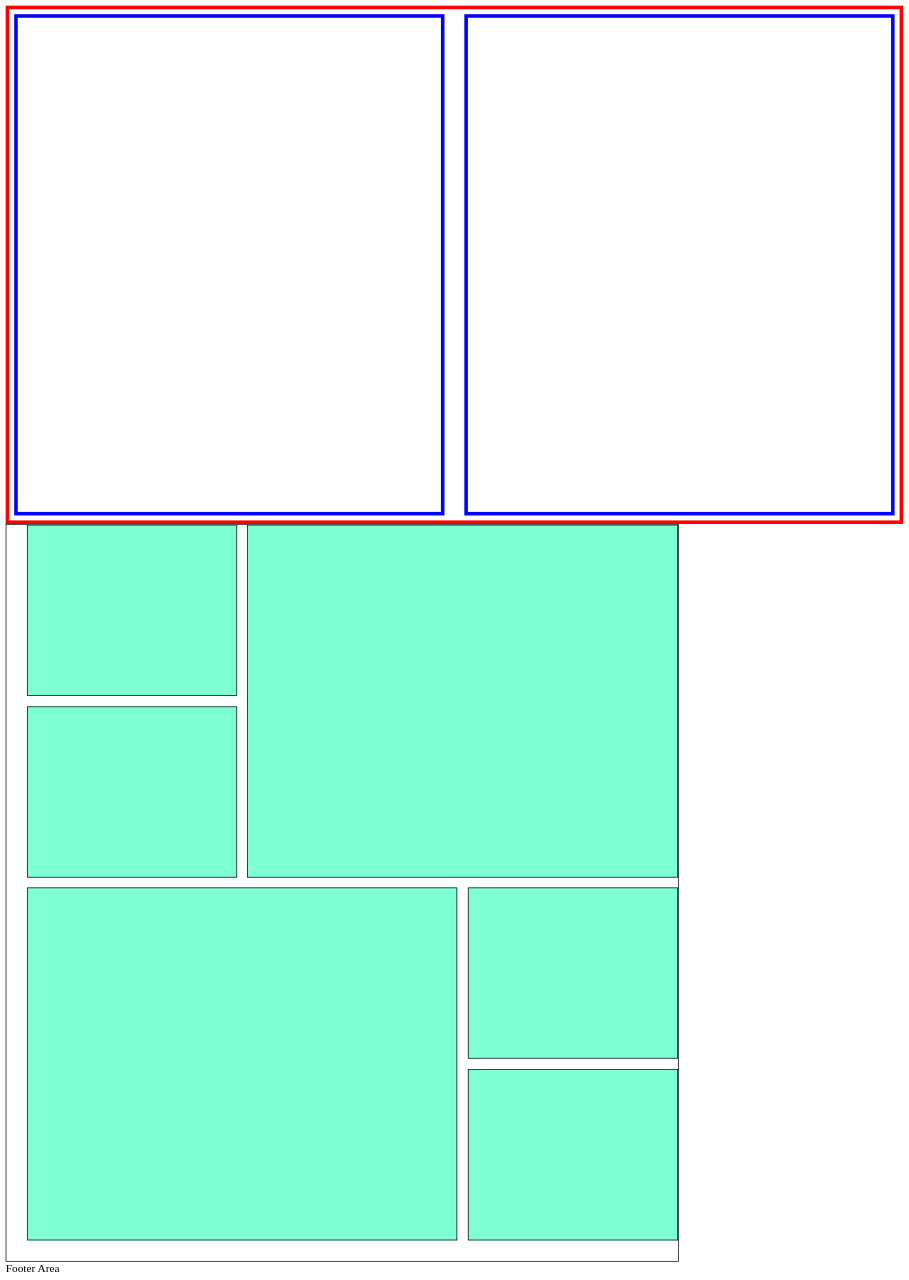
Repository: BwesewB/Brutalist-Website
Page: /
These files come from the project's save history. The page is drawn as it stood at one moment and after the next save; the edit follows.
The browser window is 1280 px wide. The pictures show the whole page, at 71% of full size.
The project was rebuilt for these pictures with package versions that can differ from the ones it lists, and the page was loaded fresh each time. The framework's server and built-in components were replaced by stand-ins that run in the browser. Also part of the build but not shown: next.config.mjs.

Above is the page before, as saved 2024-02-03 17:16:14.

### pages/index.js
import Head from "next/head";
import Image from "next/image";
import styles from "@/styles/Home.module.css";
import { useState } from "react";



export default function Home() {

  const[input,setInput] = useState();


  const classFilters = {
    1: 'Magician',
    2: 'Theif',
    4: 'Warrior',
    8: 'Bowman',
    16: 'Pirate',
    32: 'Nothing'
  }

const getClassStyle = flagValue => (input & flagValue) > 0 ? { backgroundColor: 'yellow'} : null;

  return (
    <>
      <Head>
        <title>Create Next App</title>
        <meta name="description" content="Generated by create next app" />
        <meta name="viewport" content="width=device-width, initial-scale=1" />
        <link rel="icon" href="/favicon.ico" />
      </Head>
      <main className={`${styles.main}`}>
        <div className={styles.titlePage}>
          <div className={styles.graphic}></div>
          <div className={styles.inputArea}></div>
        </div>
        <div className={styles.displayArea}>
          <div className={styles.posterOne}></div>
          <div className={styles.posterTwo}></div>
          <div className={styles.posterThree}></div>
          <div className={styles.posterFour}></div>
          <div className={styles.posterFive}></div>
          <div className={styles.posterSix}></div>
        </div>
      </main>
      <footer>
        Footer Area
      </footer>
    </>
  );
}

{/* <div class="inputArea">
<input
id="input"
type="text"
placeholder="bitmask decimal value"
value={input}
onChange={event => setInput(event.target.value)}
/>
</div>
<div class="posterArea" >                                                             need to change to posters
<table>
  <tbody>
    {
      Object.keys(classFilters).map(item => (
        <tr key={item} style={getClassStyle(item)}>
          <td>{item}</td>
          <td>{classFilters[item]}</td>
        </tr>
      ))
    }
  </tbody>
</table>
</div> */}

### styles/globals.css
:root{

}

### styles/Home.module.css
.main {
  display:grid;
  grid-template-columns: repeat(4, 1fr);
}

/* <div class="titlePage">
<div class="graphic"></div>
<div class="inputArea"></div>
</div>
<div class="displayArea">
<div class="posterOne"></div>
<div class="posterTwo"></div>
<div class="posterThree"></div>
<div class="posterFour"></div>
<div class="posterFive"></div>
<div class="posterSix"></div>
</div> */

.titlePage{
  height:100vh;
  grid-column: 1/5;
  border: 5px solid red;
  display:grid;
  grid-template-columns: repeat(2, 1fr);
  gap:2vh;
}
.graphic, .inputArea{
  border: 5px solid blue;
  margin:1vh;
}
.graphic{
  grid-column: 1/2;

}
.inputArea{
  grid-column: 2/3;
}

/*---------------------------------------------------------------------------------------------------------*/
.displayArea {
  grid-column: 1/4;
/*--------------------------------------------------------------------------------------------------------- This needs to be in a component*/
  display: grid;
  grid-template-columns: repeat(3, 1fr);
  grid-template-rows: repeat(4, 1fr);
  gap: 2vh;
  border: 1px solid black;
  height:140vh;
  padding-left: 4vh;
  padding-bottom: 4vh;
}
/*---------------------------------------------------------------------------------------------------------*/

.posterOne,
.posterTwo,
.posterThree,
.posterFour,
.posterFive,
.posterSix {
  background-color: aquamarine;
  border: 1px solid black;
}

.posterTwo{
  grid-column: 2/4;
  grid-row: 1/3;
}

.posterFour{
  grid-column: 1/3;
  grid-row: 3/5;
}

Loaded but not shown: pages/_app.js (common file); pages/_document.js (common file)

After the next save:
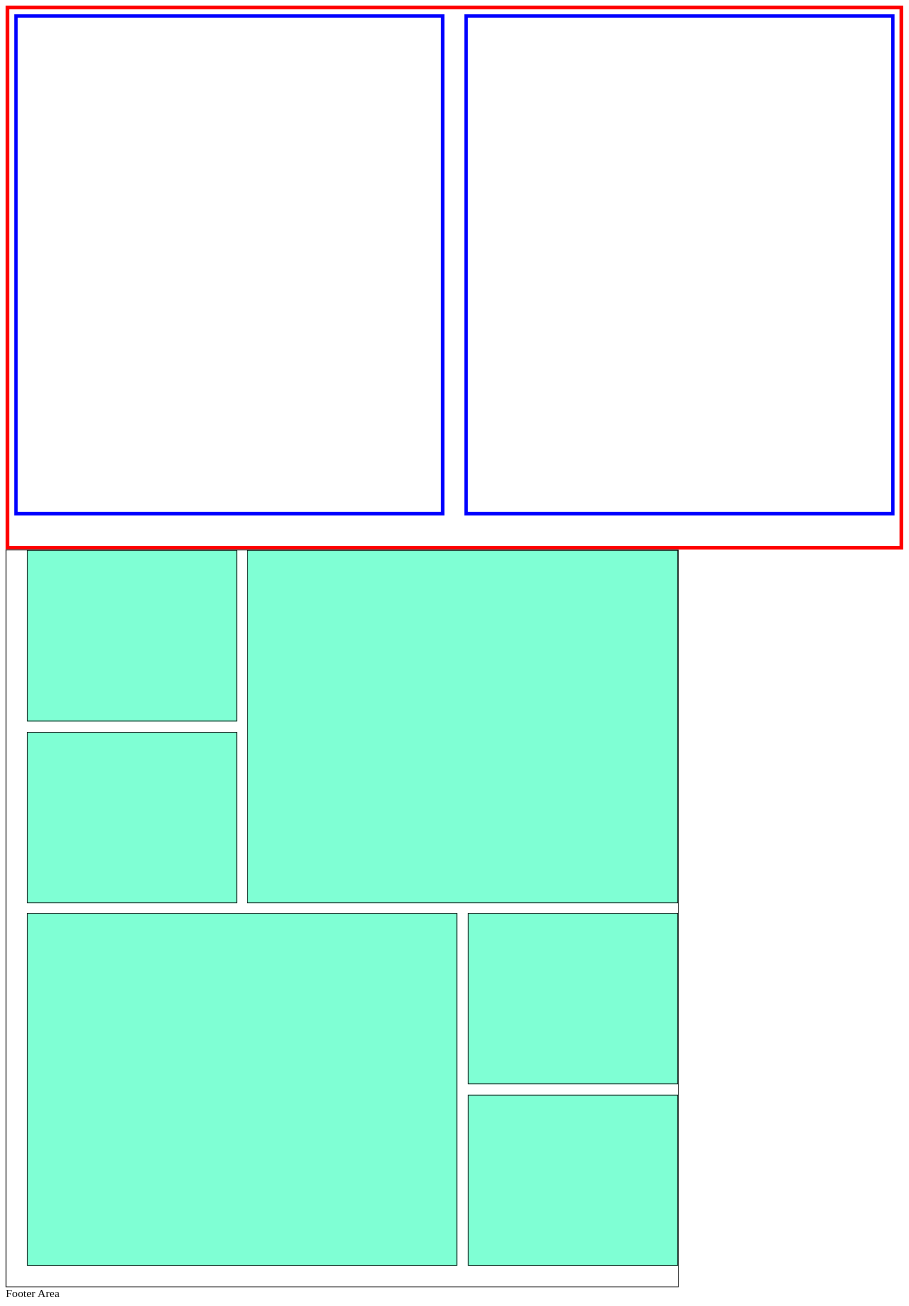
Saved 26 s later.
--- a/styles/Home.module.css
+++ b/styles/Home.module.css
@@ -23,6 +23,7 @@
   display:grid;
   grid-template-columns: repeat(2, 1fr);
   gap:2vh;
+  padding-bottom:5vh;
 }
 .graphic, .inputArea{
   border: 5px solid blue;
